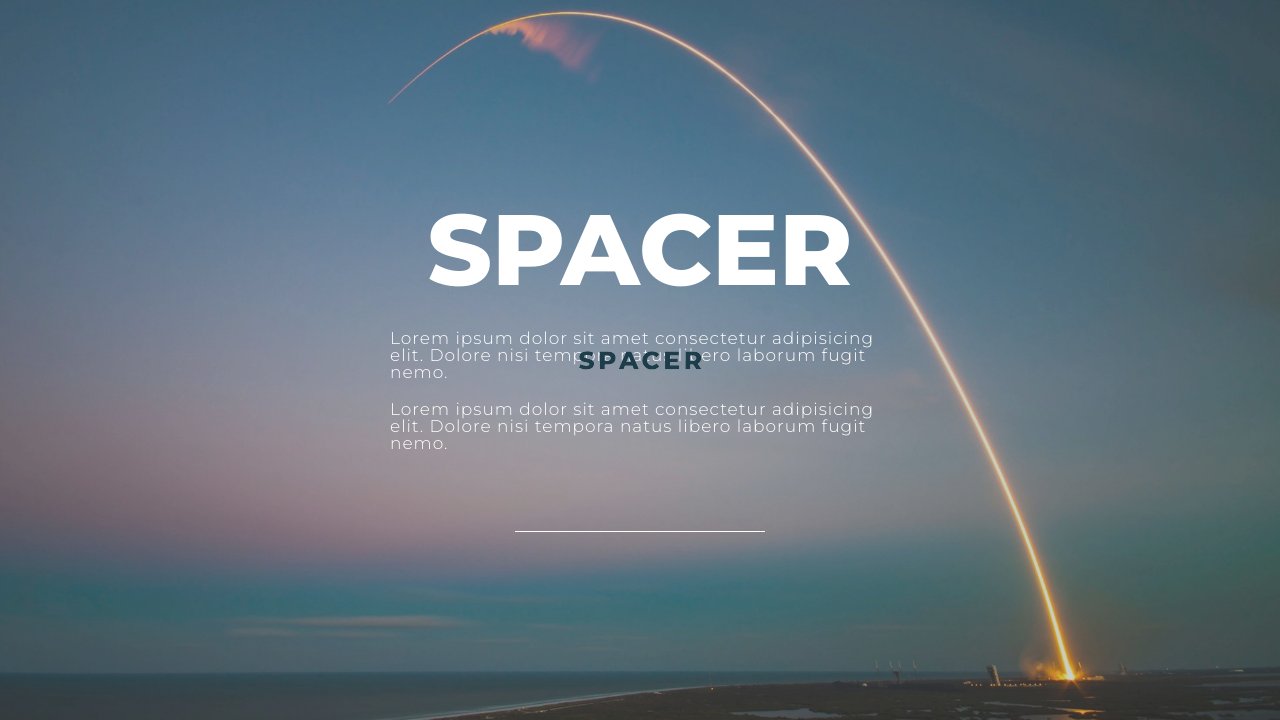
Repository: Trelefele/spacer-roman
Page: /
The author's editor kept a copy of each file at every save. The page is drawn from the files as they stood at one save, then again after the next save.
The browser window is 1280 px wide. The pictures show the whole page.
The project was rebuilt for these pictures with package versions that can differ from the ones it lists, and the page was loaded fresh each time.

Above is the page before, as saved 2019-02-05 22:58:56.

After the next save:
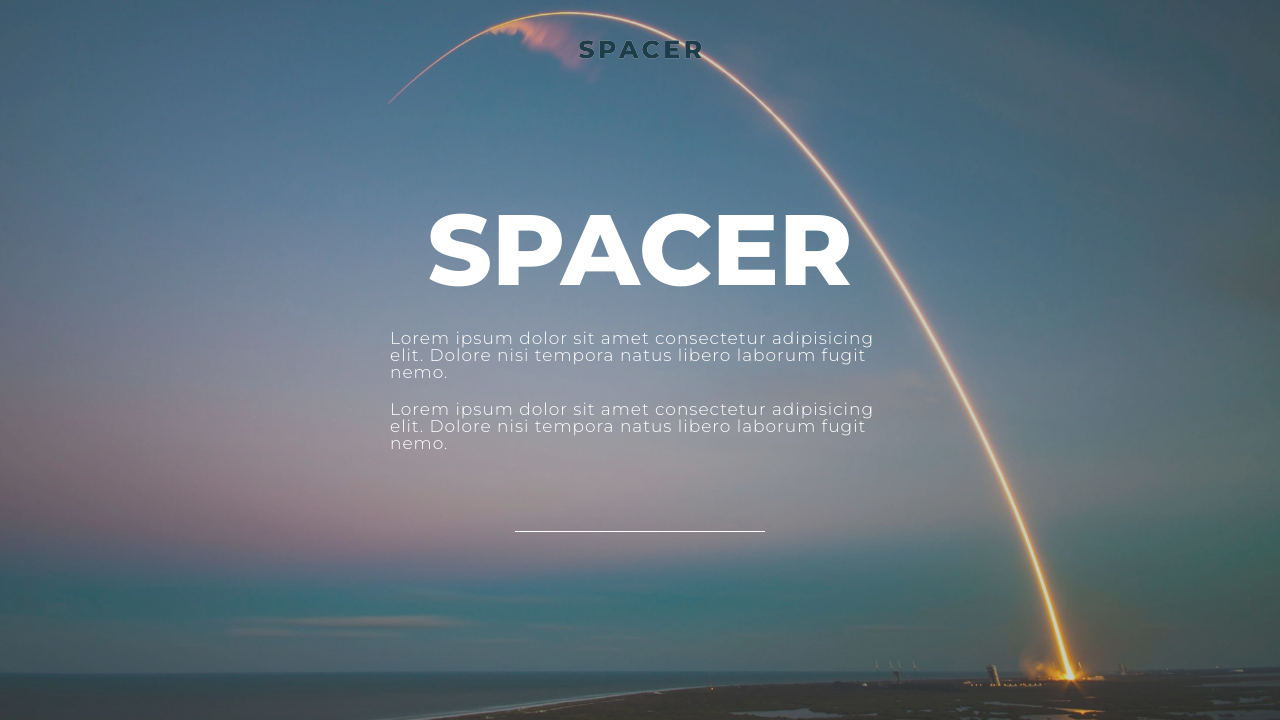
Saved 18 s later.
--- a/src/App.vue
+++ b/src/App.vue
@@ -94,6 +94,6 @@ export default {
 
 .logo{
   position: absolute;
-
+  top: 40px;
 }
 </style>
